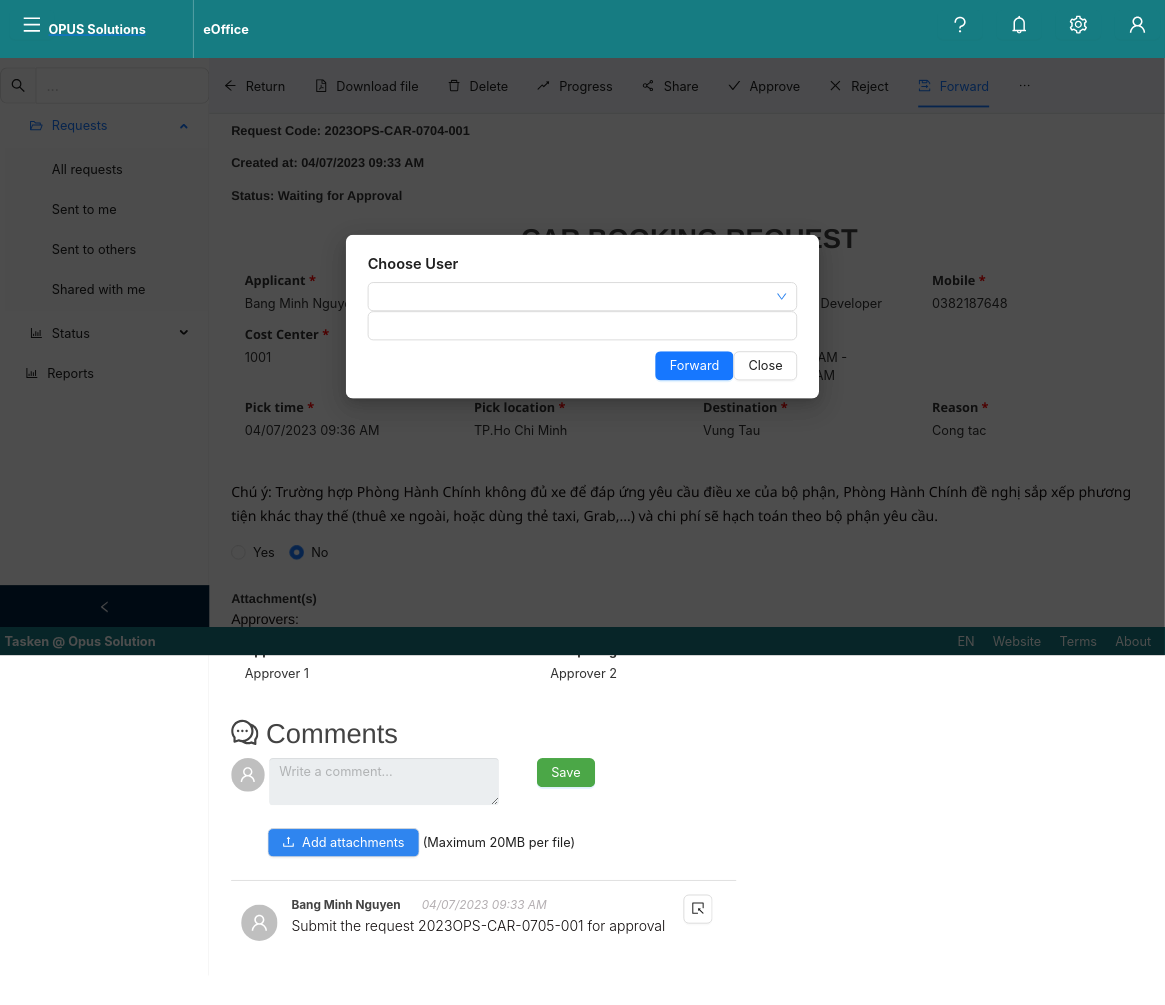
Repository: vannam272008/car-booking
Page: /request/detail, after clicking the first element matching `ul.ant-menu-overflow > :nth-child(8)`
The author's editor kept a copy of each file at every save. The page is drawn from the files as they stood at one save, then again after the next save.
The browser window is 1280 px wide. The pictures show the whole page, at 91% of full size.
The project was rebuilt for these pictures with package versions that can differ from the ones it lists, and the page was loaded fresh each time. Also part of the build but not shown: src/Pages/ManageRequest/index.css, src/Pages/ManageRequest/ManageRequest.tsx, src/Components/AddRequest/MenuAdd/menuAdd.tsx, src/Components/AddRequest/SendApprover/sendApprover.css, src/Components/AddRequest/SendApprover/sendApprover.tsx, src/Components/AddRequest/AddRequest/addRequest.tsx. Imported but missing from the stored project, and not drawn on this page: src/Pages/Home.

Above is the page before, as saved 2023-07-10 11:42:05.

After the next save:
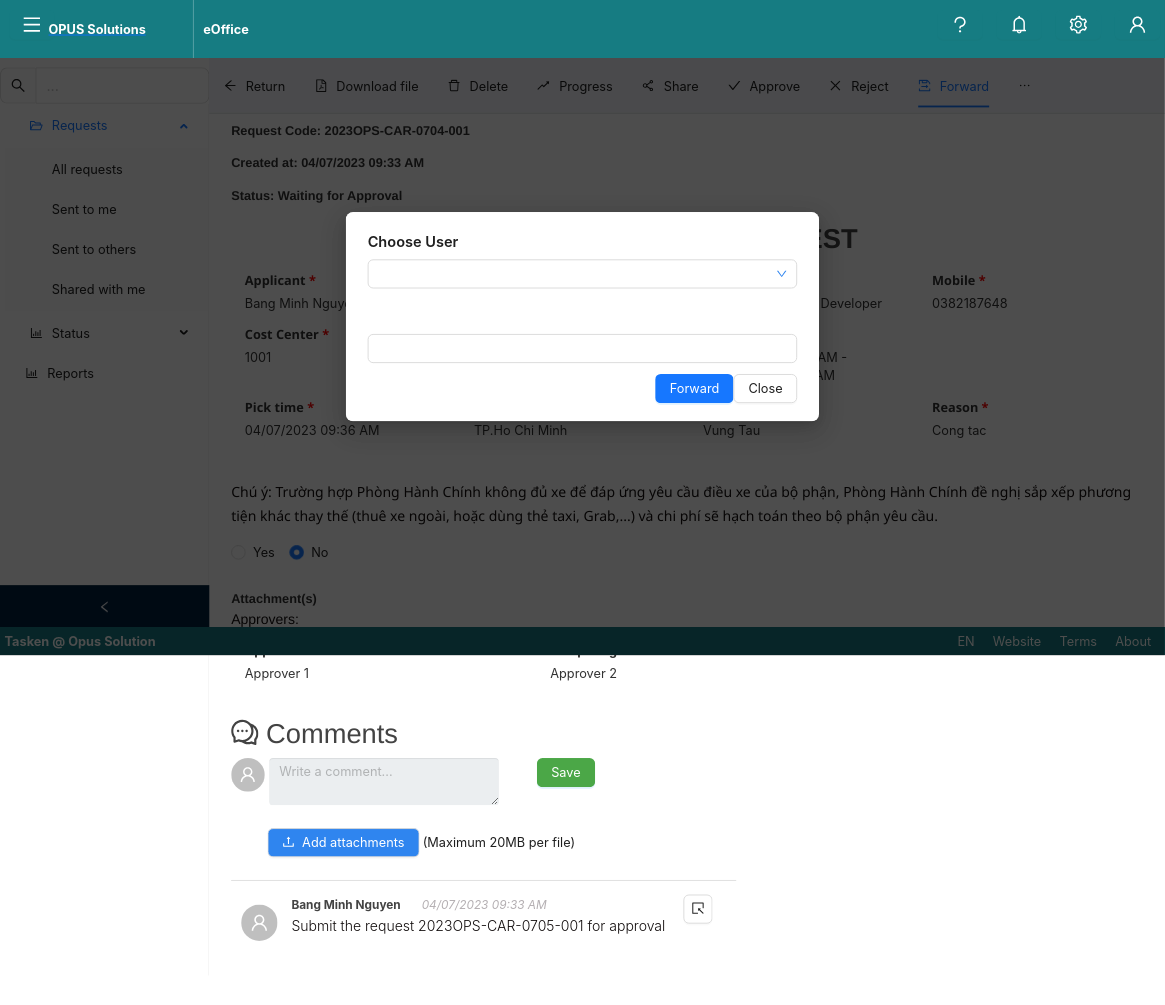
Saved 23 s later.
--- a/src/Components/DetailRequest/Menu/menu.css
+++ b/src/Components/DetailRequest/Menu/menu.css
@@ -34,6 +34,6 @@
     transform: translateY(-50%) !important;
     width: 600px;
 }
-.custom-menu .ant-select .ant-select-selector{
+.custom-menu .ant-select {
   margin-bottom: 50px;
 }
